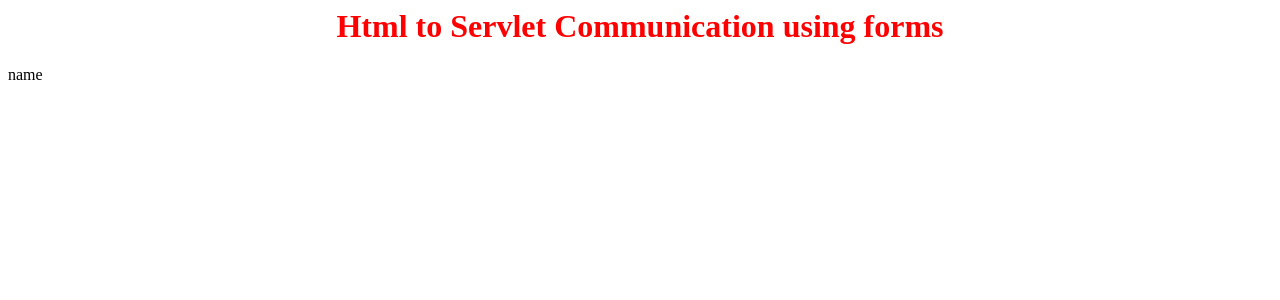
Repository: varunraj2297/AdvanceJavaWS
Page: AdvanceJavaWS/Proj-02-Html_to_Servlet_Communication_Using_forms/WebContent/input.html
These files come from the project's save history. The page is drawn as it stood at one moment and after the next save; the edit follows.
The browser window is 1280 px wide. The pictures show the whole page.

Above is the page before, as saved 2019-03-15 08:37:36.

### AdvanceJavaWS/Proj-02-Html_to_Servlet_Communication_Using_forms/WebContent/input.html
<h1 style="color: red;text-align: center">Html to Servlet Communication using forms</h1>
<html>
	<form action="http://localhost:2525//Proj-02-Html_to_Servlet_Communication_Using_forms/formurl">
		<label>name</label>
		<t


	</form>

</html>

After the next save:
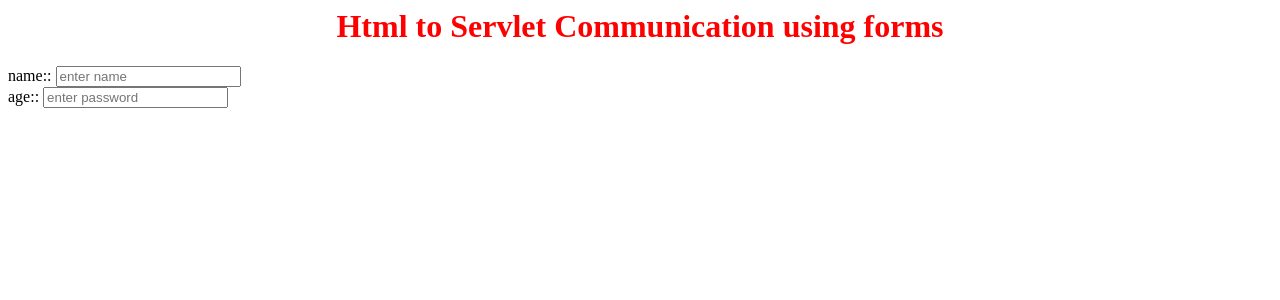
Saved 34 min 1 s later.
--- a/AdvanceJavaWS/Proj-02-Html_to_Servlet_Communication_Using_forms/WebContent/input.html
+++ b/AdvanceJavaWS/Proj-02-Html_to_Servlet_Communication_Using_forms/WebContent/input.html
@@ -1,9 +1,11 @@
 <h1 style="color: red;text-align: center">Html to Servlet Communication using forms</h1>
 <html>
-	<form action="http://localhost:2525//Proj-02-Html_to_Servlet_Communication_Using_forms/formurl">
-		<label>name</label>
-		<t
-
+	<form action="http://localhost:2525/Proj-02-Html_to_Servlet_Communication_Using_forms/formurl">
+			<label>name::</label>
+			<input type="text" placeholder="enter name"/>
+			<br>
+			<label>age::</label>
+			<input type="password" placeholder="enter password"/ >
 
 	</form>
 
